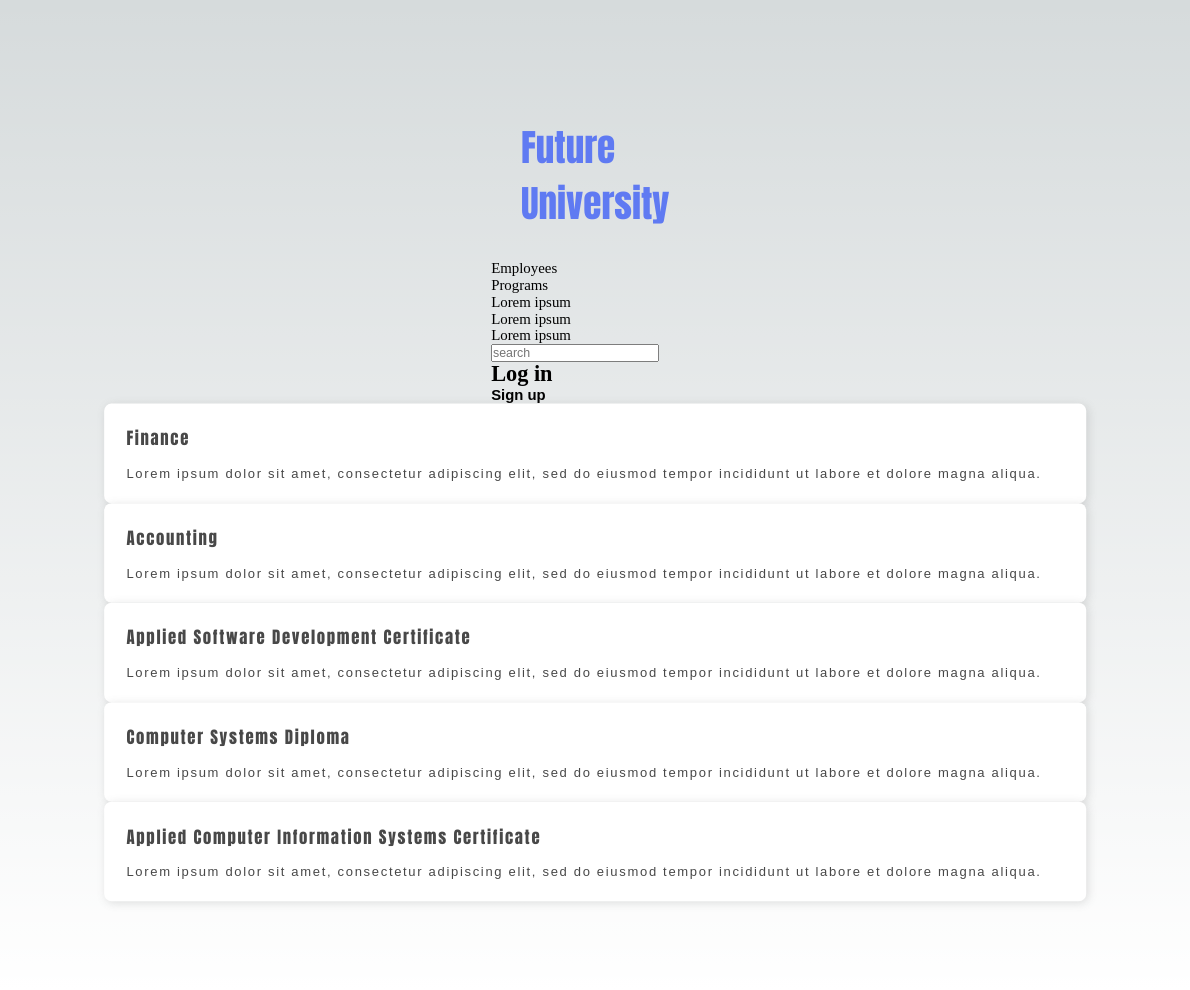
Repository: giovanabirck/class03-vercel-test
Page: /
An editor plug-in stored every save of this project. The page is shown before and after a run of saves, followed by the edit.
The browser window is 1280 px wide. The pictures show the whole page, at 93% of full size.
The project was rebuilt for these pictures with package versions that can differ from the ones it lists, and the page was loaded fresh each time. The framework's server and built-in components were replaced by stand-ins that run in the browser. Also part of the build but not shown: next.config.js, components/CardPrograms/CardPrograms.module.css.

Above is the page before, as saved 2023-01-28 21:25:05.

After the next 3 saves:
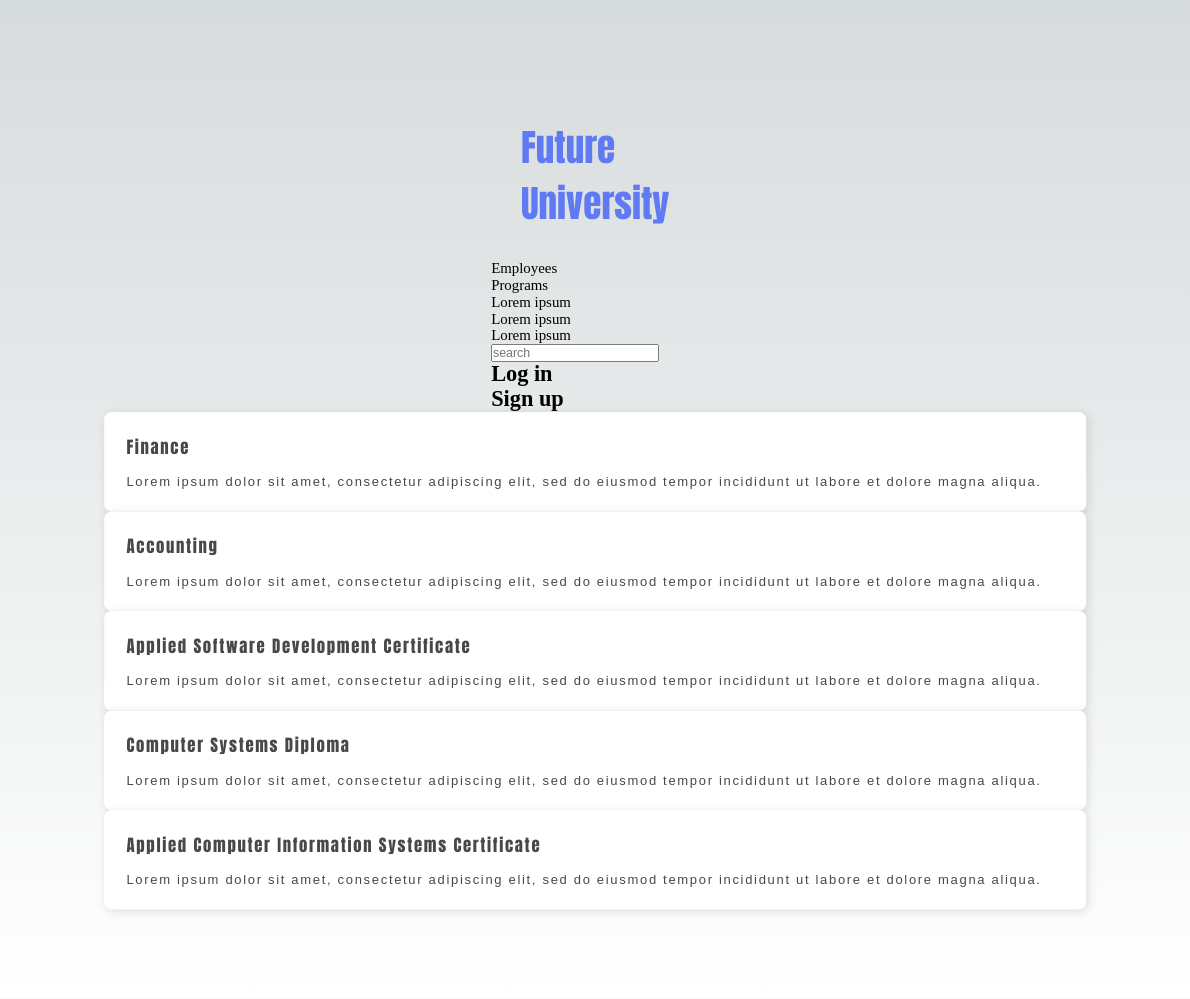
The 3 saves are shown as one change because they came seconds apart.
The last was saved 14 s later.
--- a/components/MenuPrograms/index.js
+++ b/components/MenuPrograms/index.js
@@ -16,14 +16,7 @@ export default function MenuPrograms() {
             <input placeholder="search"></input>
 
             <h2>Log in</h2>
-
-            <h2 className="top-menu-signup" style={{
-                        fontFamily: "Arial",
-                        fontWeight: "bold",
-                        fontSize: "16px",
-                        padding: "0px 32px 0px 0px"
-                }}>Sign up
-            </h2>
+            <h2 className="top-menu-signup">Sign up</h2>
 
             </div>
         </>
